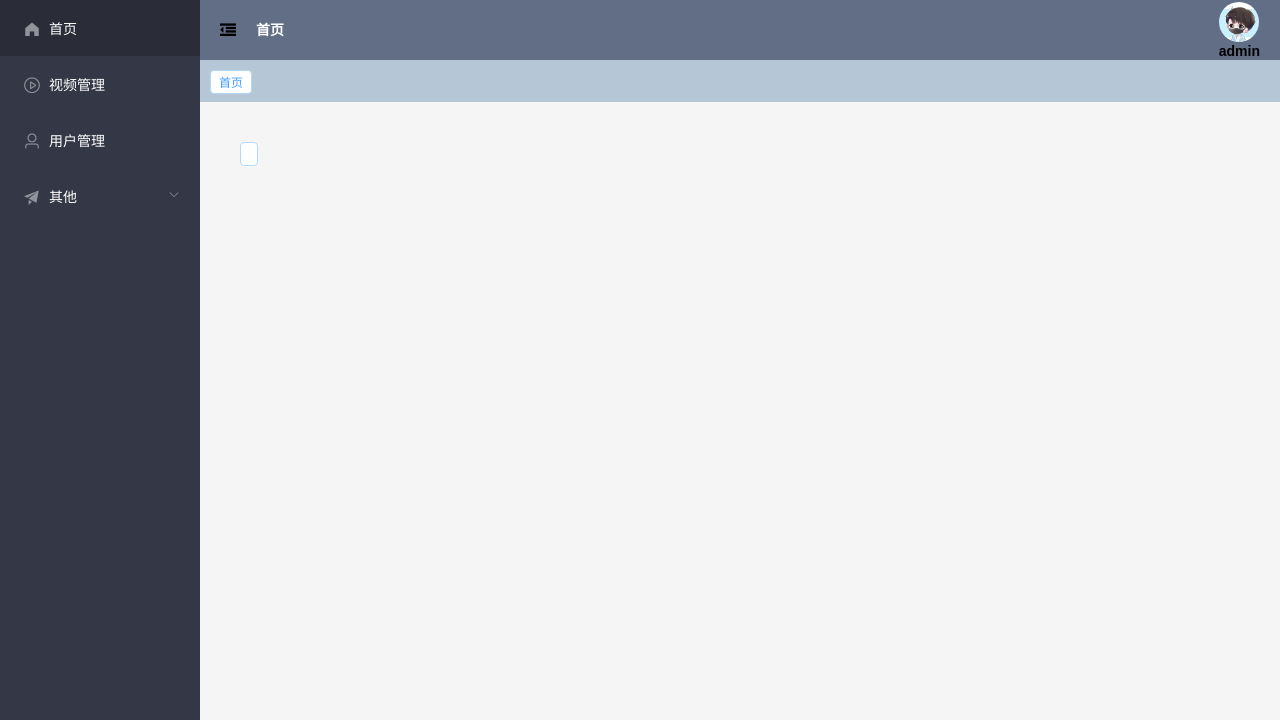
Repository: coWhy/vue-manage
Page: /#/user
The author's editor kept a copy of each file at every save. The page is drawn from the files as they stood at one save, then again after the next save.
The browser window is 1280 px wide. The pictures show the whole page.
The project was rebuilt for these pictures with package versions that can differ from the ones it lists, and the page was loaded fresh each time. Also part of the build but not shown: vue.config.js.

Above is the page before, as saved 2020-04-14 03:25:33.

After the next save:
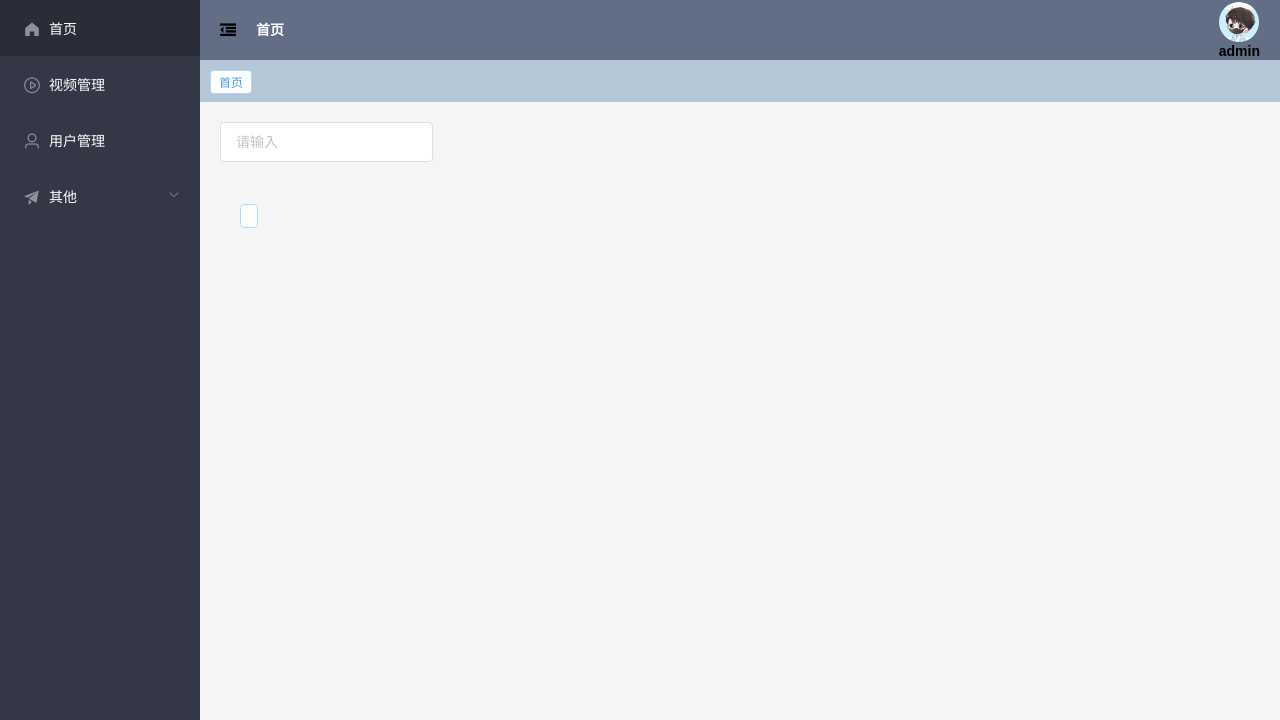
Saved 28 s later.
--- a/src/views/user/index.vue
+++ b/src/views/user/index.vue
@@ -1,7 +1,11 @@
 <template>
   <div class="manage">
     <div class="manage-header">
-      <common-form inline :formLabel="formLabel"></common-form>
+      <common-form
+        inline
+        :formLabel="formLabel"
+        :form="searchFrom"
+      ></common-form>
     </div>
     <div class="manage-content">
       <common-table></common-table>
